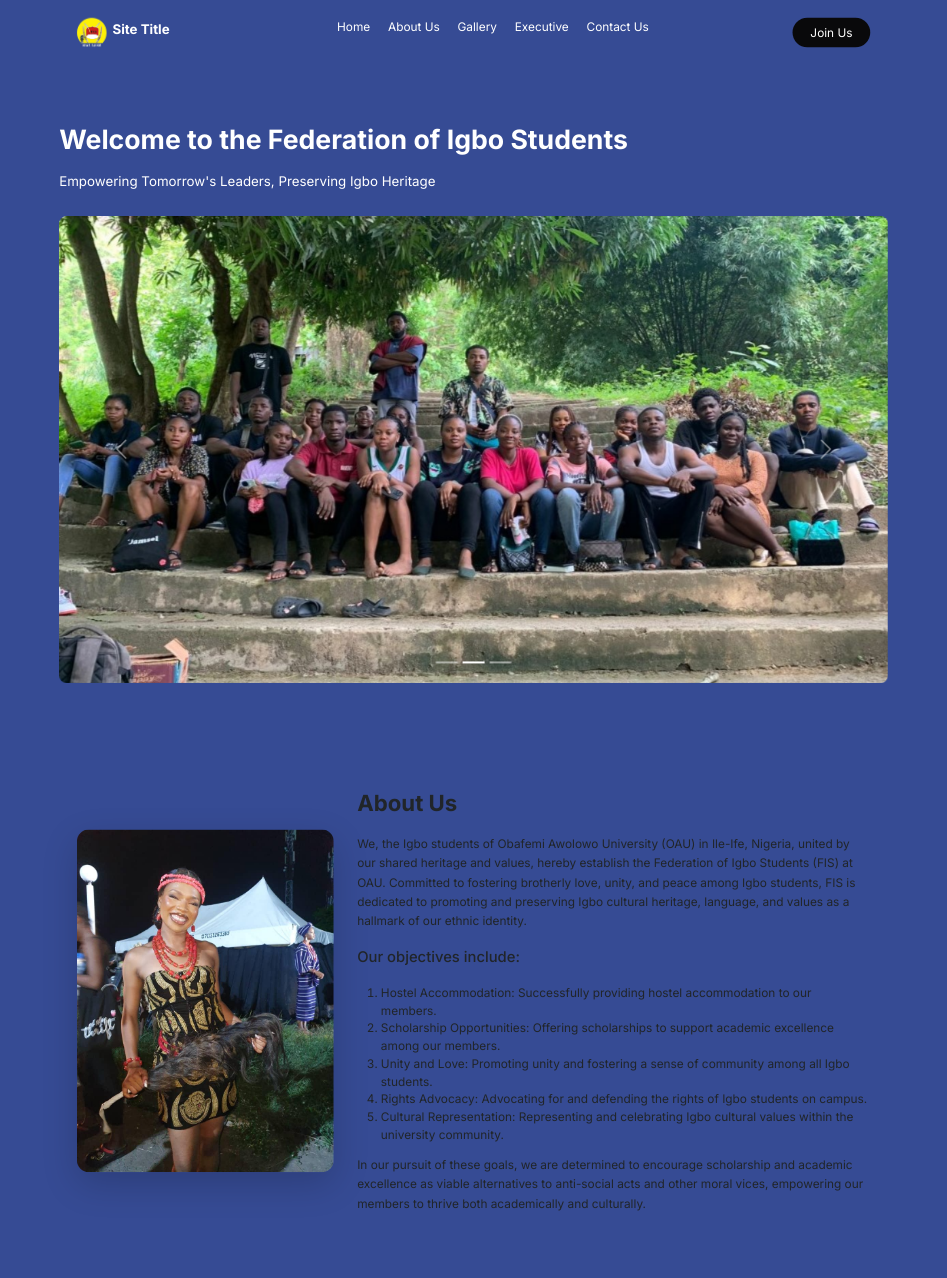
Repository: akinolapo/fis
Page: /about
The author's editor kept a copy of each file at every save. The page is drawn from the files as they stood at one save, then again after the next save.
The browser window is 1280 px wide. The pictures show the whole page, at 74% of full size.
The project was rebuilt for these pictures with package versions that can differ from the ones it lists, and the page was loaded fresh each time. The framework's server and built-in components were replaced by stand-ins that run in the browser. Also part of the build but not shown: next.config.mjs.

Above is the page before, as saved 2024-05-05 15:37:01.

After the next save:
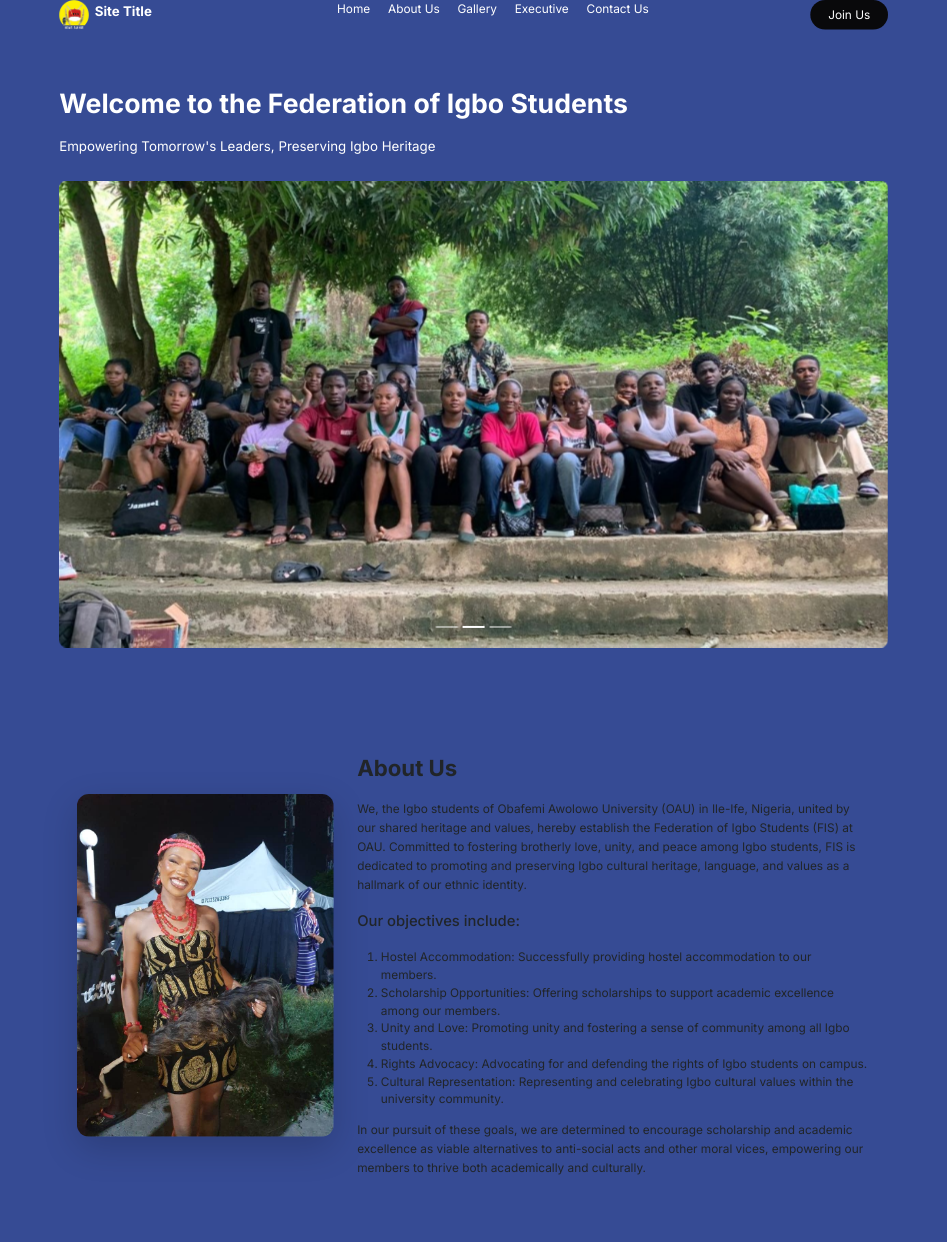
Saved 28 s later.
--- a/app/components/Header/Header.tsx
+++ b/app/components/Header/Header.tsx
@@ -2,7 +2,7 @@ import React from 'react';
 
 const Header = () => {
   return (
-    <header className="flex justify-between items-center p-4 text-white">
+    <header className="flex justify-between items-center p text-white">
       {/* Logo and Site Title */}
       <div className="flex items-center">
         <img src="/logo.png" alt="Logo" className="w-10 h-10 mr-2" />
